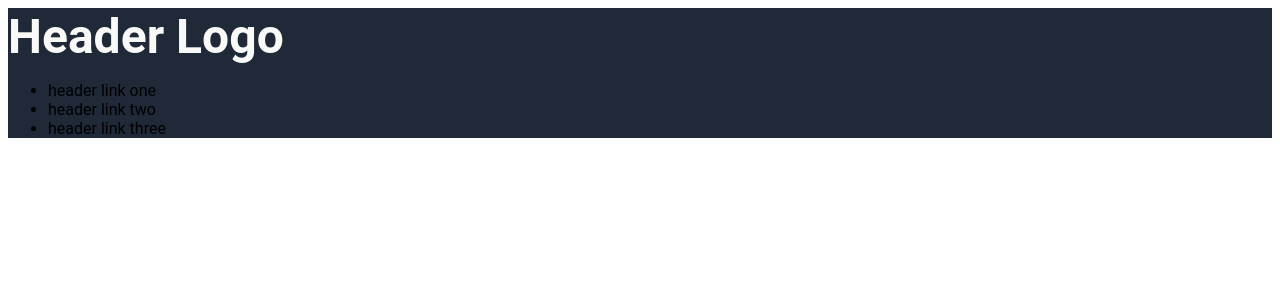
Repository: z1youRA/FirstWebsite
Page: index.html
The author's editor kept a copy of each file at every save. The page is drawn from the files as they stood at one save, then again after the next save.
The browser window is 1280 px wide. The pictures show the whole page.

Above is the page before, as saved 2021-11-25 16:42:03.

After the next save:
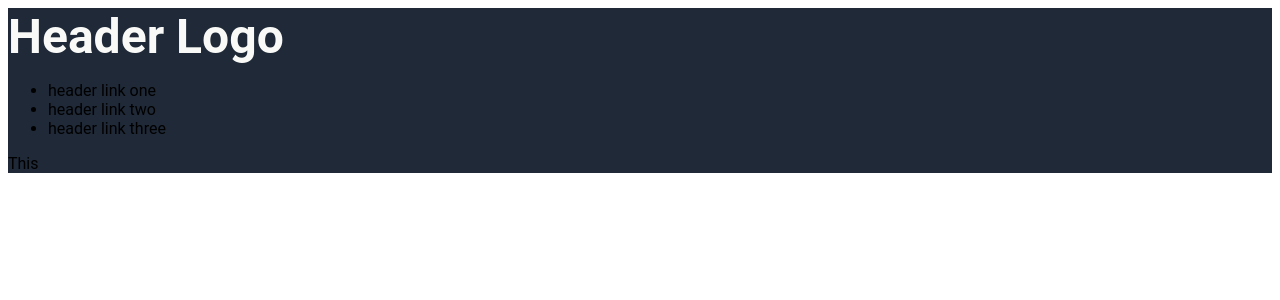
Saved 116 s later.
--- a/index.html
+++ b/index.html
@@ -17,6 +17,7 @@
                 <li>header link three</li>
             </ul>
         </div>
+        <div class="main">This</div>
     </div>
 
 </body>
